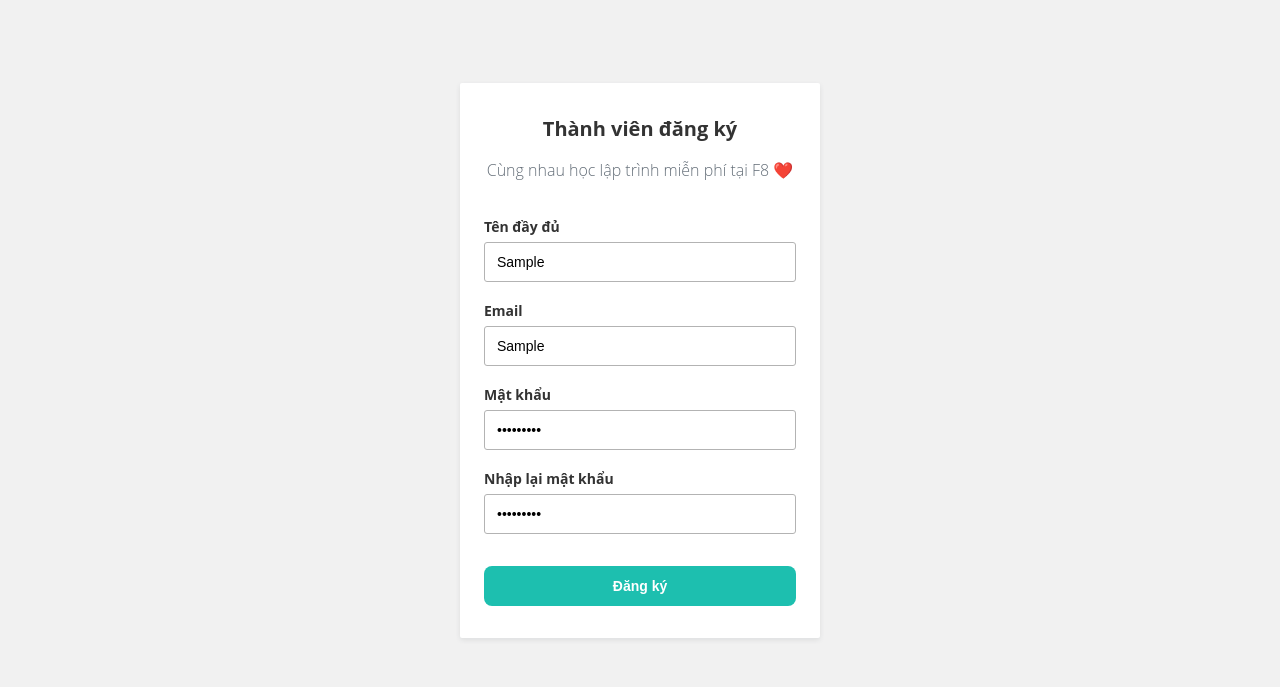
Repository: MinhNhatIT2901/Form-Validation
Page: form.html
These files come from the project's save history. The page is drawn as it stood at one moment and after the next save; the edit follows.
The browser window is 1280 px wide. The pictures show the whole page.
Empty fields were first filled with sample values (such as "Sample", 5 or name@example.com).
After loading, the first visible `#form-1` was submitted once.

Above is the page before, as saved 2022-01-04 14:14:56.

After the next save:
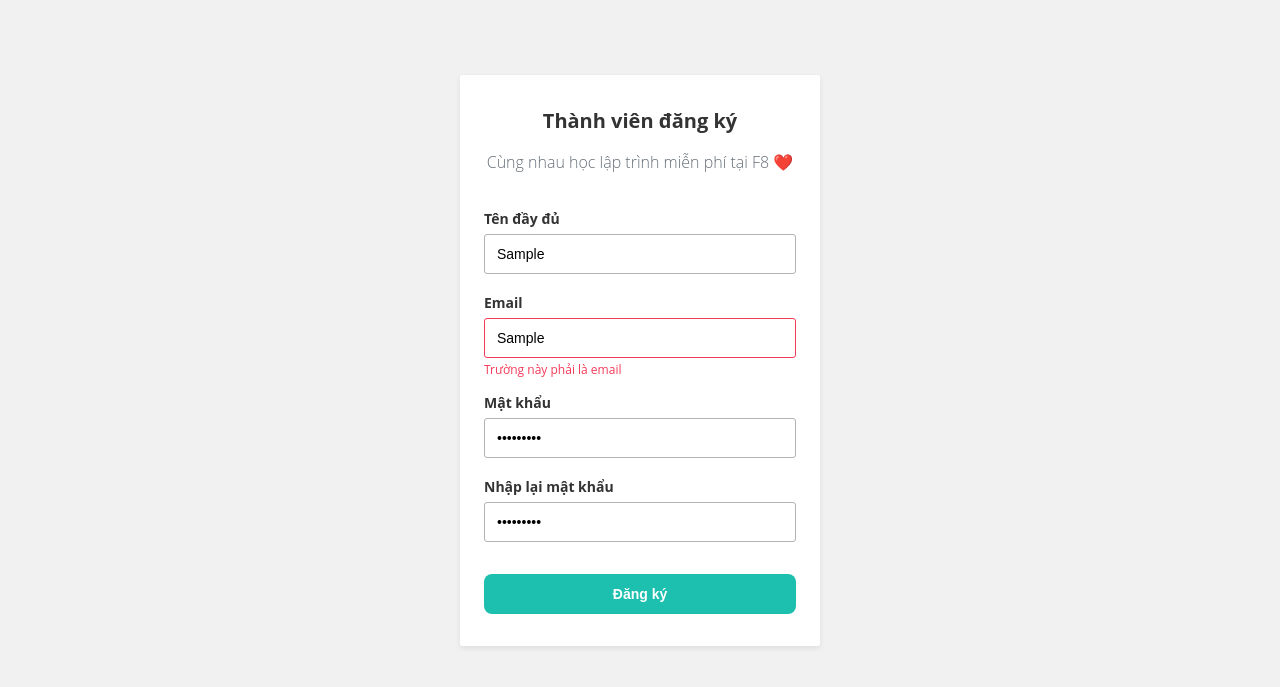
Saved 2 min 50 s later.
--- a/form.js
+++ b/form.js
@@ -21,6 +21,8 @@ function Validator(options) {
                 errorElement.innerText = ''
                 inputElement.parentElement.classList.remove('invalid')
             }
+
+            return !!errorMessage
     }
 
     // Lấy element của form cần validate
@@ -28,6 +30,14 @@ function Validator(options) {
     if(formElement) {
         formElement.onsubmit = function(e) {
             e.preventDefault();
+
+            var isFormValid = true
+
+            // Thuc hien lap qua tung rule va` validate
+            options.rules.forEach(function(rule) {
+                var inputElement = formElement.querySelector(rule.selector)
+                var isValid = validate(inputElement, rule)
+            })
         }
 
         // Lap qua moi rule va xu ly (Lang nghe su kien blur, input,...)
